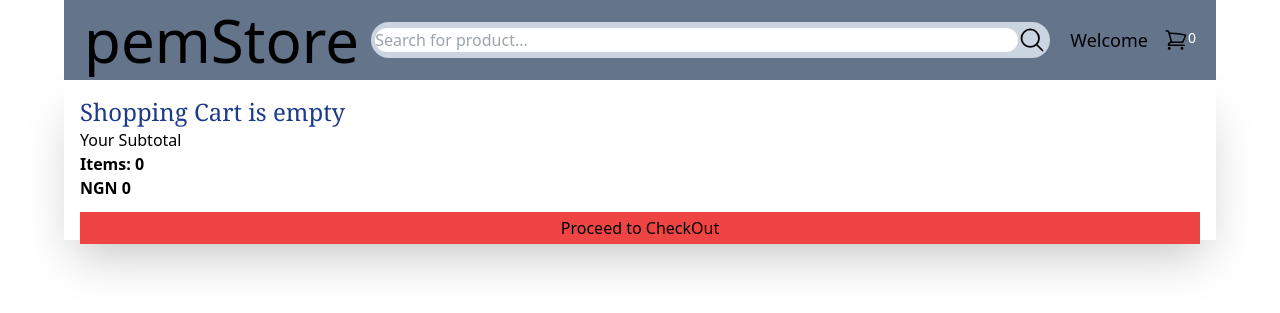
Repository: Semanmernstack/pemstore
Page: /checkout
The author's editor kept a copy of each file at every save. The page is drawn from the files as they stood at one save, then again after the next save.
The browser window is 1280 px wide. The pictures show the whole page.
The page's requests for data from a server got no answer. The project was rebuilt for these pictures with package versions that can differ from the ones it lists, and the page was loaded fresh each time. The framework's server and built-in components were replaced by stand-ins that run in the browser. No one was signed in, and anything a server would have sent is missing. Also part of the build but not shown: next.config.js, components/CheckoutProduct.js.

Above is the page before, as saved 2022-11-06 06:01:30.

### pages/_app.js
import '../styles/globals.css'
import { SessionProvider } from "next-auth/react"
import { Provider } from 'react-redux'
import { store } from '../store'


function MyApp({ Component, pageProps: { session, ...pageProps }, }) {
  return (
    <SessionProvider session={session}>
      <Provider store={store}  >
        <Component {...pageProps} />
      </Provider>


    </SessionProvider>
  )
}

export default MyApp

### pages/checkout.js
import { useSession } from 'next-auth/react'
import React from 'react'
import { useSelector } from 'react-redux'
import CheckoutProduct from '../components/CheckoutProduct'
import Header from '../components/Header'
import { selectItems, selectTotal } from '../slices/basketSlice'

function Checkout() {
    const { data: session } = useSession()
    const items = useSelector(selectItems)
    const total = useSelector(selectTotal)
  return (
    <div  className=" mx-auto max-w-6xl "  >
        <Header />
        <div className="h-40 p-4 shadow-2xl flex flex-col">
        <div className="flex items-center  text-lg md:text-xl lg:text-2xl font-serif text-blue-900 space-x-4 ">
            <h1>{items.length === 0 ? "Shopping Cart is empty"  : "This is your pemStore Shopping Cart" }   </h1>
            <p>{session?.user.name}</p>
        </div>
        <div>
            <h1>Your Subtotal</h1>
            <h1 className="font-bold">Items: <span>{items.length}</span></h1>
            <span className="font-extrabold">NGN {total}</span>
        </div>
        <button className="  bg-red-500 hover:animate-bounce p-1 mt-3  cursor-pointer">Proceed to CheckOut</button>
        </div>

        {items.map((item, i) => (
            <CheckoutProduct
                key={i}
                id={item.id}
                title={item.title}
                price={item.price}
                description={item.description}
                category={item.category}
                image={item.image}
            />
        ))}



    </div>
  )
}

export default Checkout

### store.js
import { configureStore } from '@reduxjs/toolkit';
import  basketReducer  from "./slices/basketSlice"
// ...

export const store = configureStore({
  reducer: {
    basket: basketReducer,


  },
})

### components/Header.js
import React from 'react'
import { useSession, signIn, signOut } from "next-auth/react"
import { useRouter } from 'next/router'
import { useSelector } from 'react-redux'
import { selectItems } from '../slices/basketSlice'

function Header() {
    const { data: session } = useSession()
    const router = useRouter()
    const items = useSelector(selectItems)

    return (
      <div className="flex  items-center   h-20 md:p-2  lg:p-5 bg-slate-500  sticky top-0 z-20">
          <div onClick={() => router.push("/")} className="mr-3  text-3xl md:text-5xl lg:text-6xl">
              <h1 className="cursor-pointer">pemStore</h1>
          </div>
          <div className=" flex w-20   items-center flex-grow bg-slate-300 p-1 cursor-pointer rounded-full ">
              <input className=" outline-none  rounded-full flex-grow   " type="text" placeholder="Search for product..." />
              <svg className="h-7 w-7"   xmlns="http://www.w3.org/2000/svg" fill="none" viewBox="0 0 24 24" strokeWidth={1.5} stroke="currentColor" >
                  <path strokeLinecap="round" strokeLinejoin="round" d="M21 21l-5.197-5.197m0 0A7.5 7.5 0 105.196 5.196a7.5 7.5 0 0010.607 10.607z" />
              </svg>
          </div>
          <div className="flex items-center  m-2 lg:text-2xl">
          <div  onClick={!session ? signIn : signOut} className="flex items-center cursor-pointer text-sm md:text-lg mx-3">

              <p className="mr-1"> Welcome</p>
              <p >{session?.user.name}</p>

          </div>
          <div onClick={() => router.push("/checkout")} className="relative flex items-center ">
              <svg xmlns="http://www.w3.org/2000/svg" fill="none" viewBox="0 0 24 24" strokeWidth={1.5} stroke="currentColor" className="w-6 h-6">
                  <path strokeLinecap="round" strokeLinejoin="round" d="M2.25 3h1.386c.51 0 .955.343 1.087.835l.383 1.437M7.5 14.25a3 3 0 00-3 3h15.75m-12.75-3h11.218c1.121-2.3 2.1-4.684 2.924-7.138a60.114 60.114 0 00-16.536-1.84M7.5 14.25L5.106 5.272M6 20.25a.75.75 0 11-1.5 0 .75.75 0 011.5 0zm12.75 0a.75.75 0 11-1.5 0 .75.75 0 011.5 0z" />
              </svg>
              <p className="absolute left-6 top-0 text-sm text-white   ">{items?.length}</p>
          </div>
          </div>

      </div>
    )
  }

  export default Header

### slices/basketSlice.js
import { createSlice } from '@reduxjs/toolkit';

const initialState = {
    items: [],
};




export const basketSlice = createSlice({
    name: "basket",
    initialState,
    // The `reducers` field lets us define reducers and generate associated actions
    reducers: {
        addtoBasket: (state, action) => {
            state.items = [...state.items, action.payload]
        },
        removeFromBasket: (state, action) => {
            const index = state.items.findIndex(
                (basketItem) => basketItem.id === action.payload.id
            )
            let newBasket = [...state.items];
            if (index >= 0) {
                newBasket.splice(index, 1)
            } else {
                console.warn(
                    `you cant remove product {id: ${action.payload.id}} as its not added`
                )
            }
            state.items = newBasket;
        }




    },

});

export const { addtoBasket, removeFromBasket } = basketSlice.actions;

export const selectItems = (state) => state.basket?.items;

export const selectTotal = (state) => state.basket.items.reduce((total,item) => total + item.price, 0)

export default basketSlice.reducer;

Loaded but not shown: styles/globals.css (common file); tailwind.config.js (common file)

After the next save:
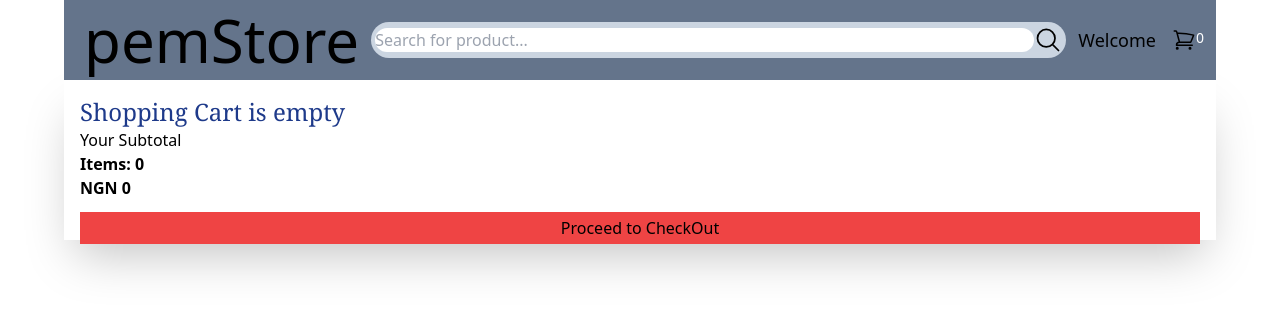
Saved 35 s later.
--- a/components/Header.js
+++ b/components/Header.js
@@ -20,7 +20,7 @@
                   <path strokeLinecap="round" strokeLinejoin="round" d="M21 21l-5.197-5.197m0 0A7.5 7.5 0 105.196 5.196a7.5 7.5 0 0010.607 10.607z" />
               </svg>
           </div>
-          <div className="flex items-center  m-2 lg:text-2xl">
+          <div className="flex items-center   lg:text-2xl">
           <div  onClick={!session ? signIn : signOut} className="flex items-center cursor-pointer text-sm md:text-lg mx-3">
 
               <p className="mr-1"> Welcome</p>

After the save that followed:
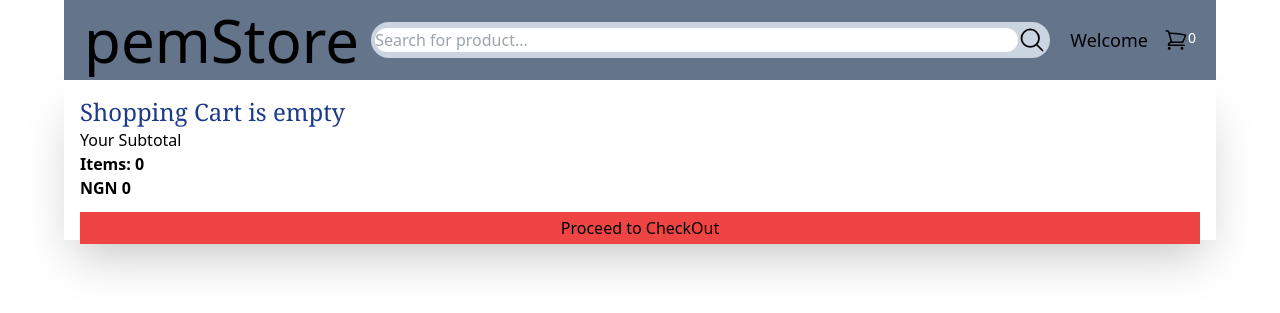
Saved 8 s later.
--- a/components/Header.js
+++ b/components/Header.js
@@ -20,7 +20,7 @@
                   <path strokeLinecap="round" strokeLinejoin="round" d="M21 21l-5.197-5.197m0 0A7.5 7.5 0 105.196 5.196a7.5 7.5 0 0010.607 10.607z" />
               </svg>
           </div>
-          <div className="flex items-center   lg:text-2xl">
+          <div className="flex items-center  m-2 lg:text-2xl">
           <div  onClick={!session ? signIn : signOut} className="flex items-center cursor-pointer text-sm md:text-lg mx-3">
 
               <p className="mr-1"> Welcome</p>
